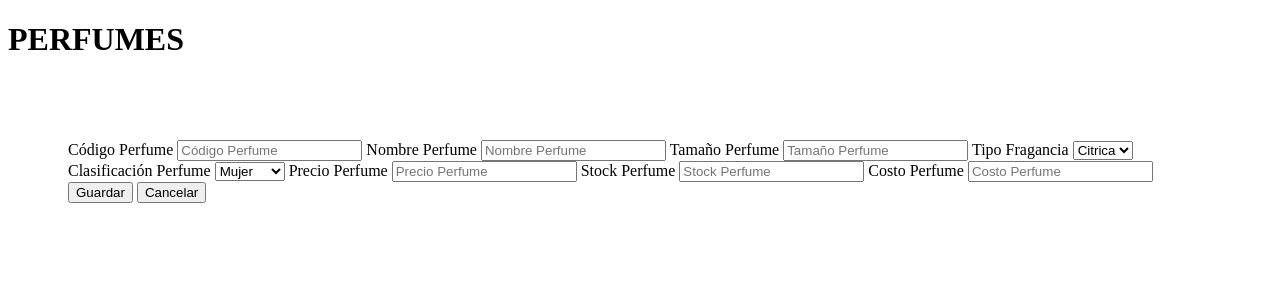
Repository: alejamorenovallejo/arosmile
Page: perfume.html
An editor plug-in stored every save of this project. The page is shown before and after the next save, followed by the edit.
The browser window is 1280 px wide. The pictures show the whole page.

Above is the page before, as saved 2021-09-12 02:14:16.
Not found: main.js

### perfume.html
<!DOCTYPE html>
<html>
  <head>
    <meta charset="utf-8" />
    <meta http-equiv="X-UA-Compatible" content="IE=edge" />
    <title>Perfumes</title>
    <meta name="viewport" content="width=device-width, initial-scale=1" />
    <link
      rel="stylesheet"
      type="text/css"
      media="screen"
      href="css/style.css"
    />
    <script src="main.js"></script>
  </head>
  <body>
    <header></header>
    <main>
      <h1>PERFUMES</h1>
      <div>
        <form action="" method="POST">
          <label for="codigo_perfume">
            <span>Código Perfume</span>
            <input
              type="text"
              id="codigo_perfume"
              name="codigo_perfume"
              placeholder="Código Perfume"
            />
          </label>
          <label for="nombre_perfume">
            <span>Nombre Perfume</span>
            <input
              type="text"
              id="nombre_perfume"
              name="nombre_perfume"
              placeholder="Nombre Perfume"
            />
          </label>
          <label for="tamano_perfume">
            <span>Tamaño Perfume</span>
            <input
              type="number"
              id="tamano_perfume"
              name="tamano_perfume"
              placeholder="Tamaño Perfume"
            />
          </label>
          <label for="tipo_frangancia">
            <span>Tipo Fragancia</span>
            <select
              name="tipo_frangancia"
              id="tipo_frangancia"
              placeholder="Tipo Fragancia"
            >
              <option value="1">Citrica</option>
            </select>
          </label>
          <label for="clasificacion_perfume">
            <span>Clasificación Perfume</span>
            <select
              name="clasificacion_perfume"
              id="clasificacion_perfume"
              placeholder="Clasificación Perfume"
            >
              <option value="1">Mujer</option>
              <option value="2">Hombre</option>
              <option value="3">Infantil</option>
            </select>
          </label>
          <label for="precio_perfume">
            <span>Precio Perfume</span>
            <input
              type="number"
              id="precio_perfume"
              name="precio_perfume"
              placeholder="Precio Perfume"
            />
          </label>
          <label for="stock_perfume">
            <span>Stock Perfume</span>
            <input
              type="number"
              id="stock_perfume"
              name="stock_perfume"
              placeholder="Stock Perfume"
            />
          </label>
          <label for="costo_perfume">
            <span>Costo Perfume</span>
            <input
              type="number"
              id="costo_perfume"
              name="costo_perfume"
              placeholder="Costo Perfume"
            />
          </label>
          <input
            type="submit"
            id="guardar_perfume"
            name="guardar_perfume"
            value="Guardar"
          />
          <input
            type="button"
            id="cancelar_perfume"
            name="cancelar_perfume"
            value="Cancelar"
          />
        </form>
      </div>
    </main>
  </body>
</html>

### css/style.css
form{
    padding: 60px;
    /*max-width: 400px;
    background-color: #E7E7E7;
    margin: 0 auto;*/
  }

After the next save:
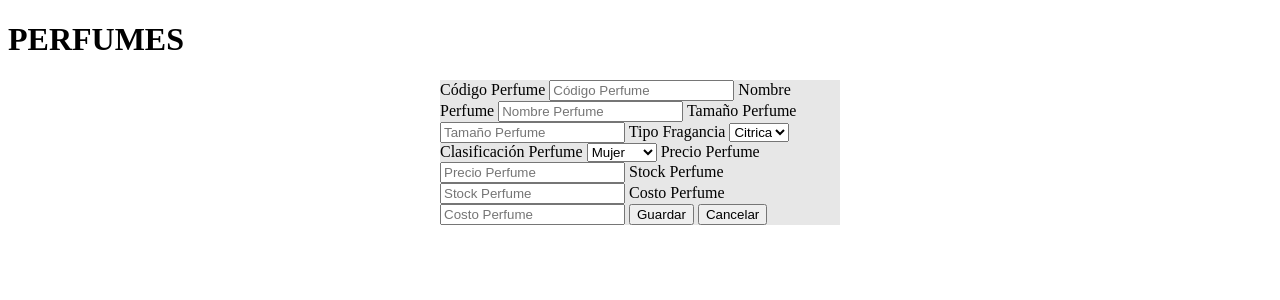
Saved 11 s later.
--- a/css/style.css
+++ b/css/style.css
@@ -1,6 +1,5 @@
 form{
-    padding: 60px;
-    /*max-width: 400px;
+    max-width: 400px;
     background-color: #E7E7E7;
-    margin: 0 auto;*/
+    margin: 0 auto;
   }
